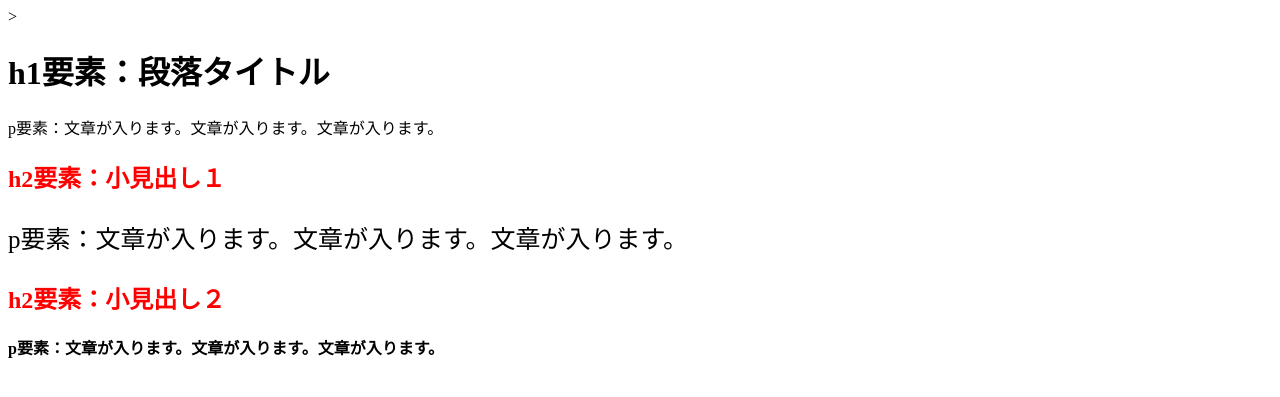
Repository: koukoukou2020/sumurai_HTML-CSS
Page: index.html
The author's editor kept a record of every edit. The page is drawn from the files as they stood at one moment, then again after the next edit.
The browser window is 1280 px wide. The pictures show the whole page.

Above is the page before.

### index.html
<!DOCTYPE html>
<html lang="ja">
  <head>
    <meta charset="UTF-8">
    <title>HTML/CSSの学習</title>
    <style>
      h2{
        color: red;
      }
    </style>>
  </head>
  <body>
    <h1>h1要素：段落タイトル</h1>
    <p>p要素：文章が入ります。文章が入ります。文章が入ります。</p>
    <h2>h2要素：小見出し１</h2>
    <p style="font-size: 25px;">
      p要素：文章が入ります。文章が入ります。文章が入ります。
    </p>
    <h2>h2要素：小見出し２</h2>
    <p style="font-weight: bold;">
      p要素：文章が入ります。文章が入ります。文章が入ります。
    </p>
  </body>
</html>

After the next edit:
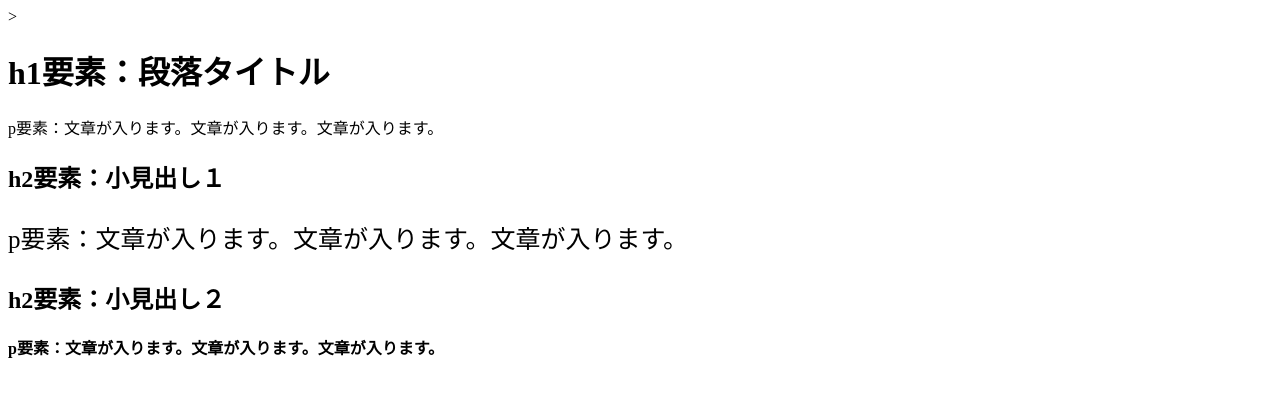
The edit:
--- a/index.html
+++ b/index.html
@@ -4,7 +4,7 @@
     <meta charset="UTF-8">
     <title>HTML/CSSの学習</title>
     <style>
-      h2{
+    #red{
         color: red;
       }
     </style>>
